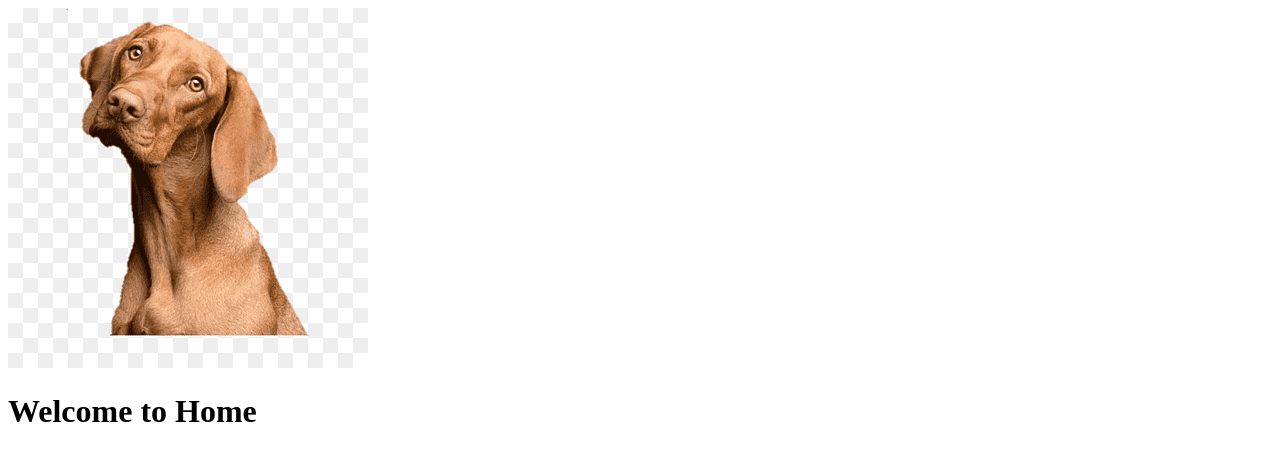
Repository: andrew1092/ExpressPet
Page: http://localhost/
These files come from the project's save history. The page is drawn as it stood at one moment and after the next save; the edit follows.
The browser window is 1280 px wide. The pictures show the whole page.
The page is served by the project's Node server (server.js).

Above is the page before, as saved 2023-05-26 12:52:31.

After the next save:
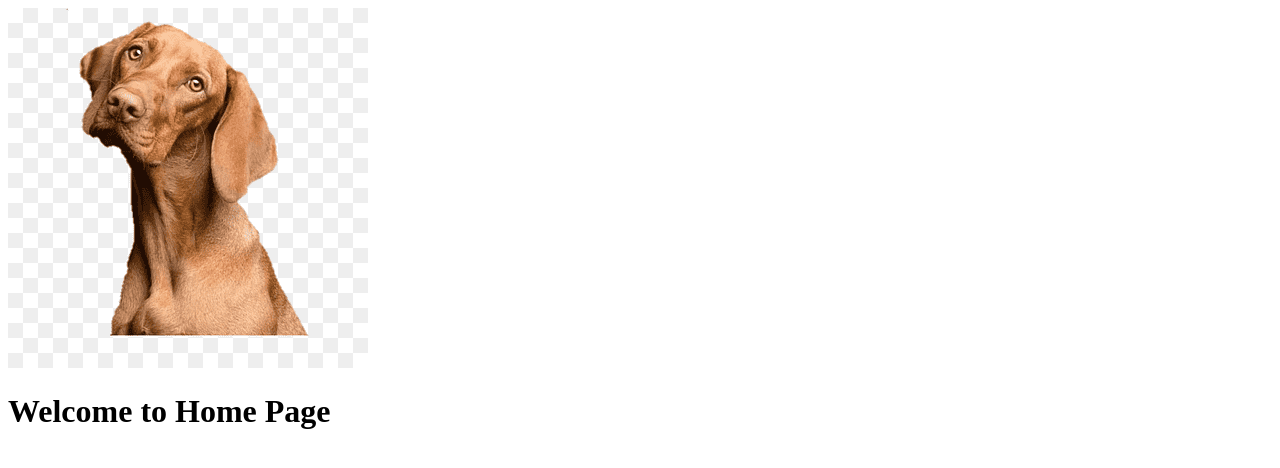
Saved 6 s later.
--- a/app/views/index.ejs
+++ b/app/views/index.ejs
@@ -8,6 +8,6 @@
 </head>
 <body>
     <img src="img/logo.png" alt="logo">
-    <h1>Welcome to <%= title %></h1>
+    <h1>Welcome to <%= title %> Page</h1>
 </body>
 </html>
